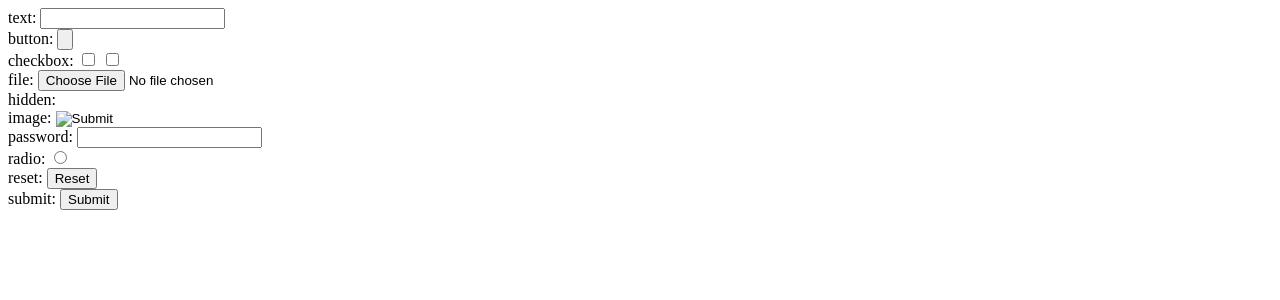
Repository: soso1525/bitcamp
Page: workspace/java-web/src/main/webapp/ch2/2-38.html
These files come from the project's save history. The page is drawn as it stood at one moment and after the next save; the edit follows.
The browser window is 1280 px wide. The pictures show the whole page.

Above is the page before, as saved 2017-12-12 07:06:50.

After the next save:
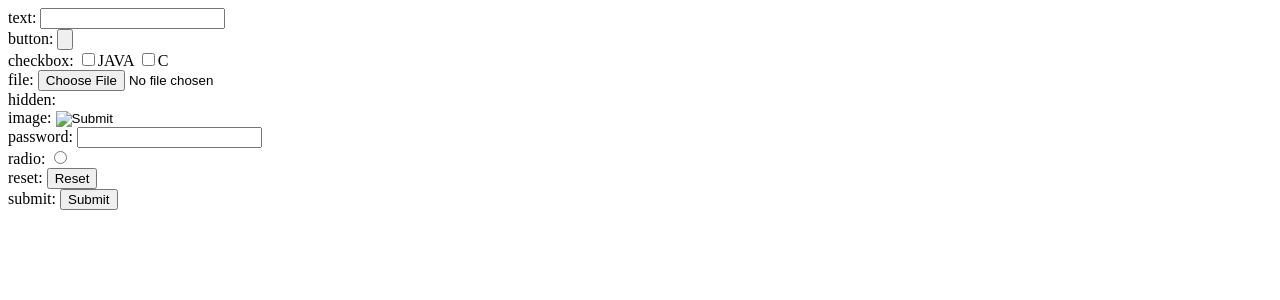
Saved 14 s later.
--- a/workspace/java-web/src/main/webapp/ch2/2-38.html
+++ b/workspace/java-web/src/main/webapp/ch2/2-38.html
@@ -7,8 +7,8 @@
     <form>
         text: <input type="text" /><br />
         button: <input type="button" /><br />
-        checkbox: <input type="checkbox" />
-        <input type="checkbox" /><br />
+        checkbox: <input type="checkbox" />JAVA
+        <input type="checkbox" />C<br />
         file: <input type="file" /><br />
         hidden: <input type="hidden" value="aa"/><br />
         image: <input type="image" /><br />
